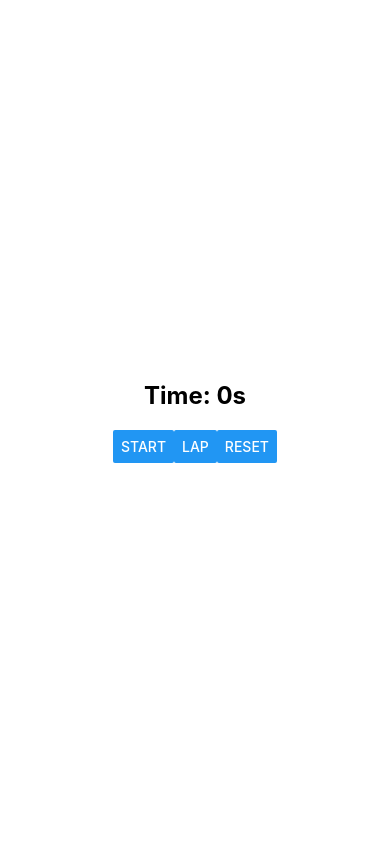
Repository: Shopify/eng-intern-assessment-react-native
Screen: /
These files come from the project's save history. The screen is drawn as it stood at one moment and after the next save; the edit follows.
The app was drawn by React Native's web renderer in a window 390 px wide. The project was rebuilt for these pictures with package versions that can differ from the ones it lists, and the page was loaded fresh each time.

Above is the screen before, as saved 2024-01-13 12:03:12.

### App.tsx
import { StatusBar } from 'expo-status-bar';
import { StyleSheet, Text, View } from 'react-native';
import StopWatch from './src/StopWatch';

export default function App() {
  return (
    <View style={styles.container}>
      <StopWatch></StopWatch>
      <StatusBar style="auto" />
    </View>
  );
}

const styles = StyleSheet.create({
  container: {
    flex: 1,
    backgroundColor: '#fff',
    alignItems: 'center',
    justifyContent: 'center',
  },
});

### src/StopWatch.tsx
import React, { useState, useEffect } from 'react';
import { Text, View, StyleSheet } from 'react-native';
import StopWatchButton from './StopWatchButton';

const StopWatch = () => {
  const [isRunning, setIsRunning] = useState(false);
  const [timeElapsed, setTimeElapsed] = useState(0);
  const [laps, setLaps] = useState<number[]>([]);

  useEffect(() => {
    let interval: ReturnType<typeof setInterval>;
    if (isRunning) {
      interval = setInterval(() => {
        setTimeElapsed(prevTime => prevTime + 1); // Assuming timeElapsed is in seconds
      }, 1000);
    }
    return () => clearInterval(interval);
  }, [isRunning]);

  const handleStartStop = () => {
    setIsRunning(!isRunning);
  };

  const handleLap = () => {
    setLaps([...laps, timeElapsed]);
  };

  const handleReset = () => {
    setIsRunning(false);
    setTimeElapsed(0);
    setLaps([]);
  };

  return (
    <View style={styles.container}>
      <Text style={styles.timerText}>{`Time: ${timeElapsed}s`}</Text>
      {laps.map((lap, index) => (
        <Text key={index} style={styles.lapText}>{`Lap ${index + 1}: ${lap}s`}</Text>
      ))}
      <View style={styles.buttonContainer}>
        <StopWatchButton title={isRunning ? "Stop" : "Start"} onPress={handleStartStop} />
        <StopWatchButton title="Lap" onPress={handleLap} />
        <StopWatchButton title="Reset" onPress={handleReset} />
      </View>
    </View>
  );
};

const styles = StyleSheet.create({
  container: {
    flex: 1,
    alignItems: 'center',
    justifyContent: 'center',
  },
  timerText: {
    fontSize: 24,
    fontWeight: 'bold',
  },
  lapText: {
    fontSize: 16,
  },
  buttonContainer: {
    flexDirection: 'row', // This will arrange buttons side by side
    justifyContent: 'space-around',
    width: '100%', // Adjust as needed
    marginTop: 20,
  },
});

export default StopWatch;

### src/StopWatchButton.tsx
import React from 'react';
import { Button, View } from 'react-native';

type Props = {
  title: string;
  onPress: () => void;
};

const StopWatchButton: React.FC<Props> = ({ title, onPress }) => {
  return (
    <View>
      <Button title={title} onPress={onPress} />
    </View>
  );
};

export default StopWatchButton;

After the next save:
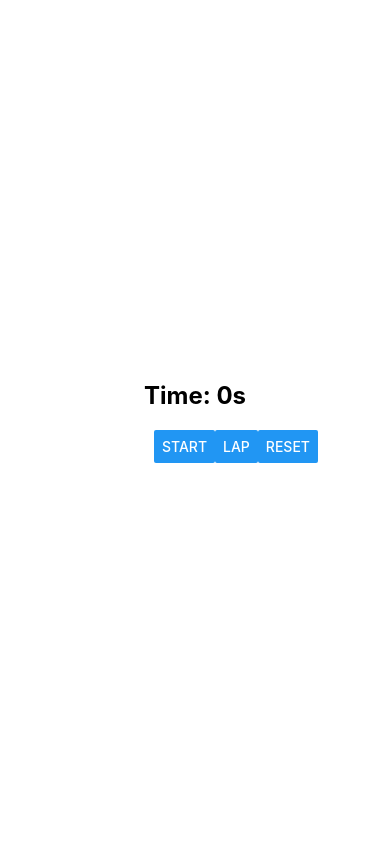
Saved 18 s later.
--- a/src/StopWatch.tsx
+++ b/src/StopWatch.tsx
@@ -62,7 +62,7 @@ const styles = StyleSheet.create({
   buttonContainer: {
     flexDirection: 'row', // This will arrange buttons side by side
     justifyContent: 'space-around',
-    width: '100%', // Adjust as needed
+    width: '50%', // Adjust as needed
     marginTop: 20,
   },
 });
